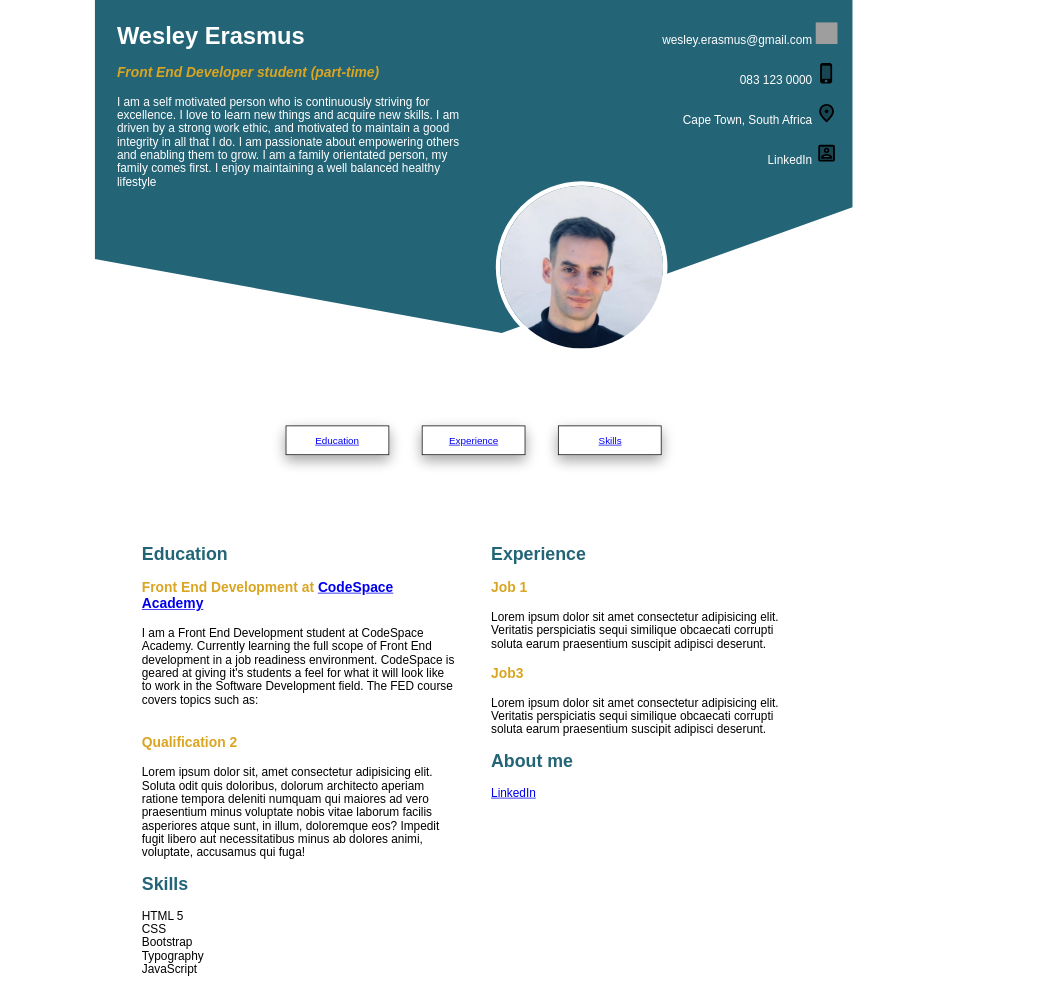
Repository: WesleyErasmus/myDigitalResume
Page: Resume-Projec-3/index.html
The author's editor kept a copy of each file at every save. The page is drawn from the files as they stood at one save, then again after the next save.
The browser window is 1280 px wide. The page is 1408 px wide, so the pictures cover 1408 px, including what lies to the right of the window. The pictures show the whole page, at 74% of full size.
Pictures or frames that could not be fetched are drawn as grey boxes.

Above is the page before, as saved 2022-02-12 17:52:49.

After the next save:
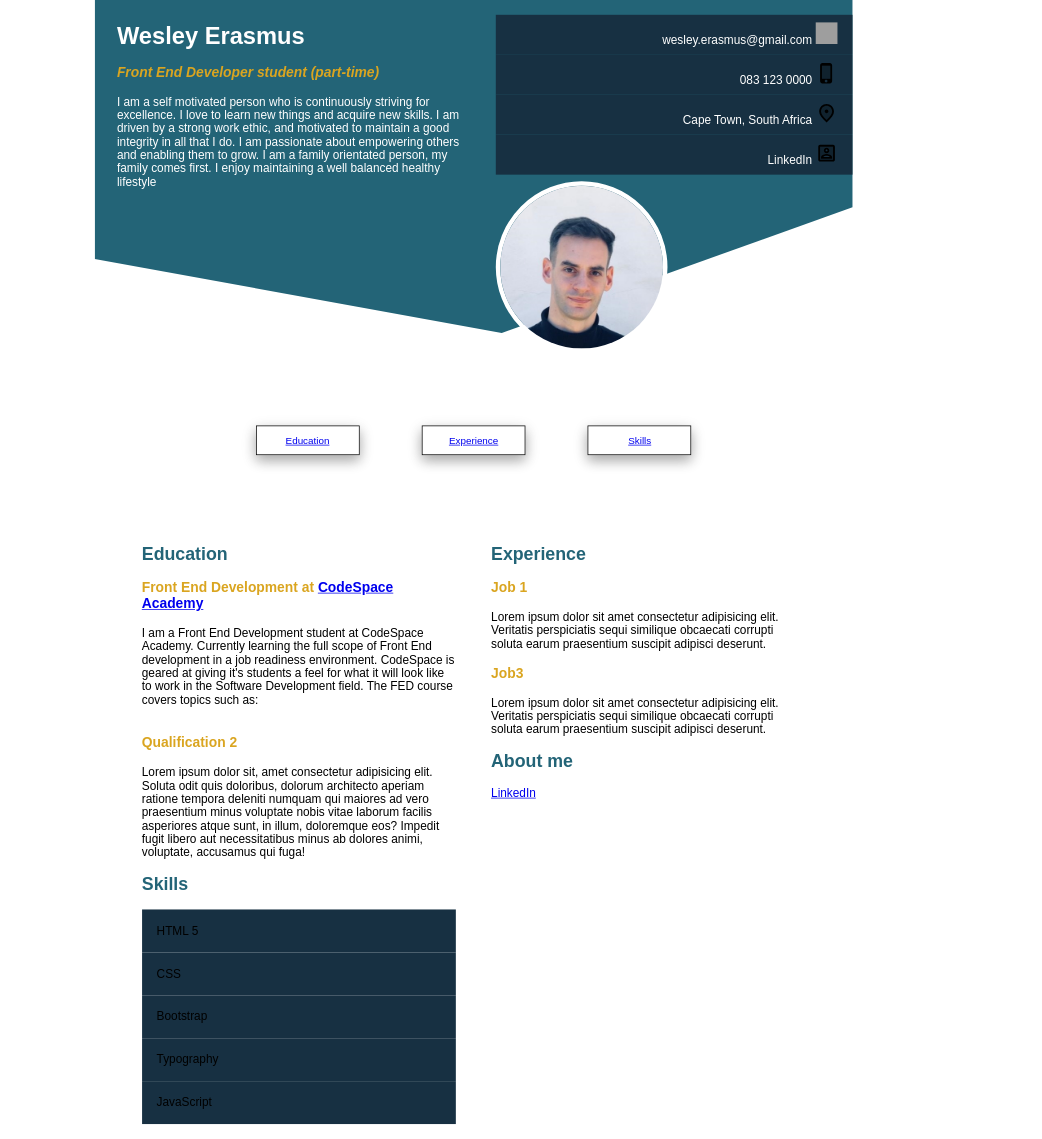
Saved 10 s later.
--- a/Resume-Projec-3/styles.css
+++ b/Resume-Projec-3/styles.css
@@ -110,7 +110,7 @@
     width: 45%;
     padding: 20px;
 }
-.class li{
+.class, li{
     background-color: #173042;
 padding: 20px;
 }

After the save that followed:
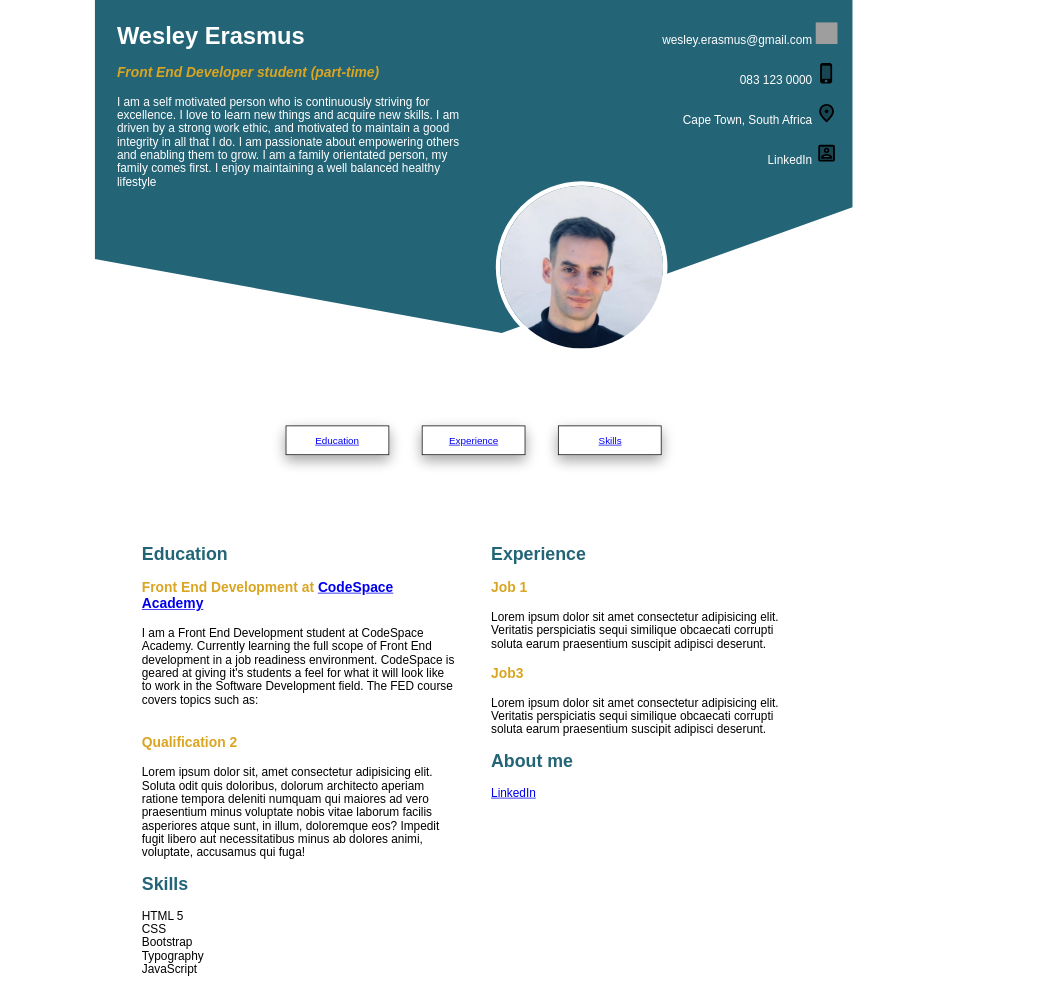
Saved 9 s later.
--- a/Resume-Projec-3/styles.css
+++ b/Resume-Projec-3/styles.css
@@ -110,7 +110,7 @@
     width: 45%;
     padding: 20px;
 }
-.class, li{
+.class{
     background-color: #173042;
 padding: 20px;
 }
